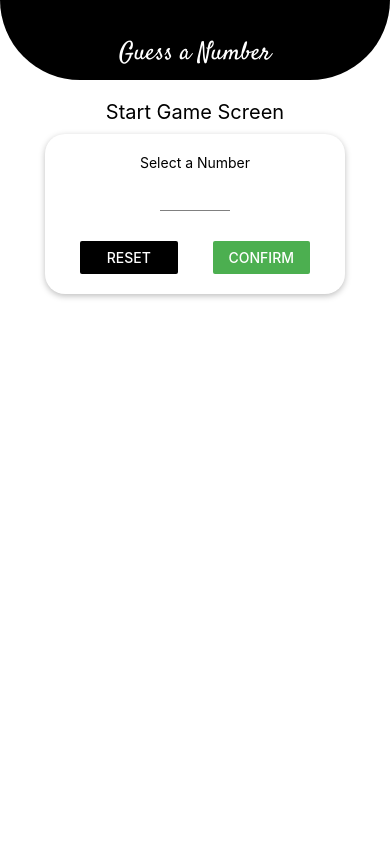
Repository: oguzhan18m/react-native-guess-number-game
Screen: /
These files come from the project's save history. The screen is drawn as it stood at one moment and after the next save; the edit follows.
The app was drawn by React Native's web renderer in a window 390 px wide. The project was rebuilt for these pictures with package versions that can differ from the ones it lists, and the page was loaded fresh each time. Some packages were replaced by stand-ins written for this rebuild. Also part of the build but not shown: screens/GameScreen.js, screens/GameOver.js.

Above is the screen before, as saved 2021-03-05 20:11:14.

### App.js
import React, { useState } from 'react';
import { StyleSheet, Text, View } from 'react-native';
import Header from './components/Header';
import StartGameScreen from './screens/StartGameScreen';
import GameScreen from './screens/GameScreen';
import GameOver from './screens/GameOver';
import * as Font from 'expo-font';
import { useFonts } from 'expo-font';
import AppLoading from 'expo-app-loading';

const fetchFonts = () => {
  return Font.loadAsync({
    'Satisfy' : require('./assets/fonts/Satisfy-Regular.ttf'),
  })
}

export default function App() {
  const [userNumber, setUserNumber] = useState();
  const [guessRounds, setGuessRounds] = useState(0);
  const [dataLoaded , setDataLoaded] = useState(false);


  if(!dataLoaded){
    return (
      <AppLoading startAsync={fetchFonts}  onFinish={() => setDataLoaded(true)}  onError={(err)=>console.log(err)} />
    )
  }


  const configureNewGameHandler = () =>{
    setGuessRounds(0);
    setUserNumber(null);
  }

  const startGameHandler = (selectedNum) =>{
    setUserNumber(selectedNum);
  }

    const gameOverHandler = (numOfRounds) =>{
      setGuessRounds(numOfRounds);
  }

  let content = <StartGameScreen onStartGame={startGameHandler} />;

  console.log(userNumber);

  if(userNumber && guessRounds <=0 ){
    content=<GameScreen userChoice={userNumber} onGameOver={gameOverHandler} />
  }else if(guessRounds >0){
    content= <GameOver roundsNumber={guessRounds} userNumber={userNumber} configureNewGameHandler={configureNewGameHandler} />;
  }
  return (
    <View style={styles.screen}>
      <Header title='Guess a Number' />
      {content}
    </View>
  );
}

const styles = StyleSheet.create({
  screen:{
    flex:1,

  }
});

### components/Header.js
import React from 'react';
import { StyleSheet, Text, View, Platform } from 'react-native';
import Colors from '../constants/Colors';

const Header = (props) => {
    return (
        <View style={styles.header}>
            <Text style={styles.headerTitle}>{props.title}</Text>

        </View>
    )
}

const styles = StyleSheet.create({
    header:{
        width:'100%',
        height:80,
        paddingTop:36,
        backgroundColor: Platform.OS === 'android' ? Colors.primary : 'black',
        alignItems:'center',
        justifyContent:'center',
        borderBottomLeftRadius:150,
        borderBottomRightRadius:150,
    },
    headerTitle:{
        color:'white',
        fontSize:25,
        fontFamily:'Satisfy',
        marginBottom:10,
    }
});

export default Header;

### screens/StartGameScreen.js
import React, { useState,useEffect } from 'react';
import { Button, StyleSheet, Text, View, TouchableWithoutFeedback, Keyboard, Alert, Dimensions,ScrollView, KeyboardAvoidingView } from 'react-native';
import Card from '../components/Card';
import Input from '../components/Input';
import Colors from '../constants/Colors';


const StartGameScreen = (props) => {
    const [ enteredValue, setEnteredValue] = useState('');
    const [ confirmed, setConfirmed] = useState(false);
    const [ selectedNumber, setSelectedNumber] = useState();
    const [buttonWidth , setButtonWidth] = useState(Dimensions.get('window').width / 4);



    useEffect(() => {
        const updateLayout =()=>{
            setButtonWidth(Dimensions.get('window').width / 4);
        }
        Dimensions.addEventListener('change', updateLayout);
        return () => {
            Dimensions.removeEventListener('change', updateLayout);
        }
    }, [])

    const numberInputHandler = (inputText) =>{
        setEnteredValue(inputText);
    }

    const resetInputHandler = () =>{
        setEnteredValue('');
        setConfirmed(false);
    }

    const confirmInputHandler = () =>{
        const chosenNumber = parseInt(enteredValue);
        if(chosenNumber === NaN || chosenNumber <= 0 || chosenNumber > 99 ){
            Alert.alert('Invalid Number!' , 'Number has to be between 1 and 99.' ,[{text:'Okay', style:'destructive', onPress:resetInputHandler}]);
            return ;
        }
        setConfirmed(true);
        setSelectedNumber(chosenNumber);
        setEnteredValue('');
        Keyboard.dismiss()
    }

    let confirmedOutput;
    if(confirmed){
        confirmedOutput = (
            <Card style={styles.summaryContainer}>
                <Text>You selected</Text>
                <View style={styles.numberContainer}>
                    <Text style={styles.theNumber}>{selectedNumber}</Text>
                </View>
                <Button title='START GAME' onPress={()=> props.onStartGame(selectedNumber)} />
            </Card>
        )
    }
    return (
        <ScrollView>
            <KeyboardAvoidingView behavior='position' keyboardVerticalOffset={30}>
        <TouchableWithoutFeedback onPress={()=>Keyboard.dismiss()}>
        <View style={styles.screen}>
            <Text style={styles.title}>Start Game Screen</Text>
            <Card style={styles.inputContainer}>
                <Text>Select a Number</Text>
                <Input  style={styles.input}
                blurOnSubmit
                autoCapitalize='none'
                autoCorrect={false}
                keyboardType='number-pad'
                maxLength={2}
                onChangeText={numberInputHandler}
                value={enteredValue}
                />
                <View style={styles.buttonContainer}>
                    <View style={{width : buttonWidth}}>
                    <Button title='Reset' onPress={resetInputHandler} color={Colors.accent} />
                    </View>
                    <View style={{width : buttonWidth}}>
                    <Button title='Confirm' onPress={confirmInputHandler} color={Colors.primary} />
                    </View>
                </View>
            </Card>
            {confirmedOutput}
        </View>
        </TouchableWithoutFeedback>
        </KeyboardAvoidingView>
        </ScrollView>
    )
}

const styles = StyleSheet.create({
    screen : {
        flex:1,
        padding:10,
        alignItems:'center',

    },
    title:{
        fontSize:20,
        marginVertical:10,

    },
    buttonContainer:{
        flexDirection:'row',
        alignItems:'center',
        justifyContent:'space-between',
        width:'100%',
        paddingHorizontal:15,
    },
    inputContainer:{
        width:'80%',
        minWidth:300,
        alignItems:'center',
    },
    // button: {
    //     // width:90,
    //     width: Dimensions.get('window').width / 3,
    // },
    input:{
        width:70,
        textAlign:'center',
        marginBottom:30,
    },
    summaryContainer:{
        marginTop:20,
        alignItems:'center',
        width:'60%',
    },
    numberContainer:{
        borderWidth:5,
        borderColor: Colors.accent,
        padding:10,
        borderRadius:10,
        marginVertical:10,
        alignItems:'center',
        justifyContent:'center',
    },
    theNumber:{
        color:Colors.accent,
        fontSize:22,
    }

});

export default StartGameScreen;

### constants/Colors.js
export default {
    primary:'#4CAF50',
    accent:'black',
}

### components/Card.js
import React from 'react';
import { Button, StyleSheet, Text, TextInput, View } from 'react-native';

const Card = (props) => {
    return (
        <View style={{...styles.card, ...props.style}}>
            {props.children}
        </View>
    )
}



const styles = StyleSheet.create({
    card:{
        shadowColor:'black',
        shadowOffset:{width:0, height:2},
        shadowRadius:6,
        shadowOpacity:0.26,
        backgroundColor:'white',
        elevation:5,
        padding:20,
        borderRadius:20,
    }
});
export default Card;

### components/Input.js
import React from 'react';
import { Button, StyleSheet, Text, TextInput, View } from 'react-native';

const Input = (props) => {
    return (
            <TextInput {...props} style={{...styles.input , ...props.style }} />
    )
};


const styles = StyleSheet.create({
    input:{
        height:30,
        borderBottomColor:'grey',
        borderBottomWidth:1,
        marginVertical:10,
    }
});

export default Input;

After the next save:
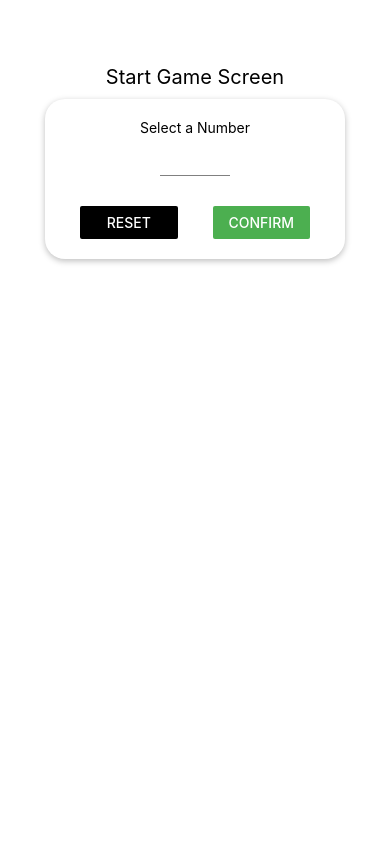
Saved 4 min 41 s later.
--- a/components/Header.js
+++ b/components/Header.js
@@ -12,7 +12,7 @@ const Header = (props) => {
 }
 
 const styles = StyleSheet.create({
-    header:{
+    headerBase:{
         width:'100%',
         height:80,
         paddingTop:36,
@@ -21,6 +21,16 @@ const styles = StyleSheet.create({
         justifyContent:'center',
         borderBottomLeftRadius:150,
         borderBottomRightRadius:150,
+    },
+    headerIos:{
+        backgroundColor: 'black',
+        borderBottomColor:'#ccc',
+        borderBottomWidth:1,
+    },
+    headerAndroid:{
+        backgroundColor: Colors.primary,
+        borderBottomColor:'#ccc',
+        borderBottomWidth:1,
     },
     headerTitle:{
         color:'white',

After the save that followed:
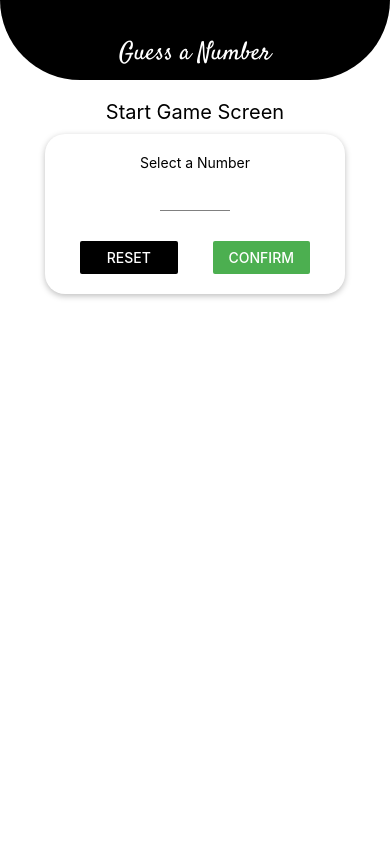
Saved 65 s later.
--- a/components/Header.js
+++ b/components/Header.js
@@ -4,7 +4,10 @@ import Colors from '../constants/Colors';
 
 const Header = (props) => {
     return (
-        <View style={styles.header}>
+        <View style={{...styles.headerBase , ...Platform.select({
+            ios: styles.headerIos,
+            android: styles.headerAndroid,
+        })}}>
             <Text style={styles.headerTitle}>{props.title}</Text>
 
         </View>
